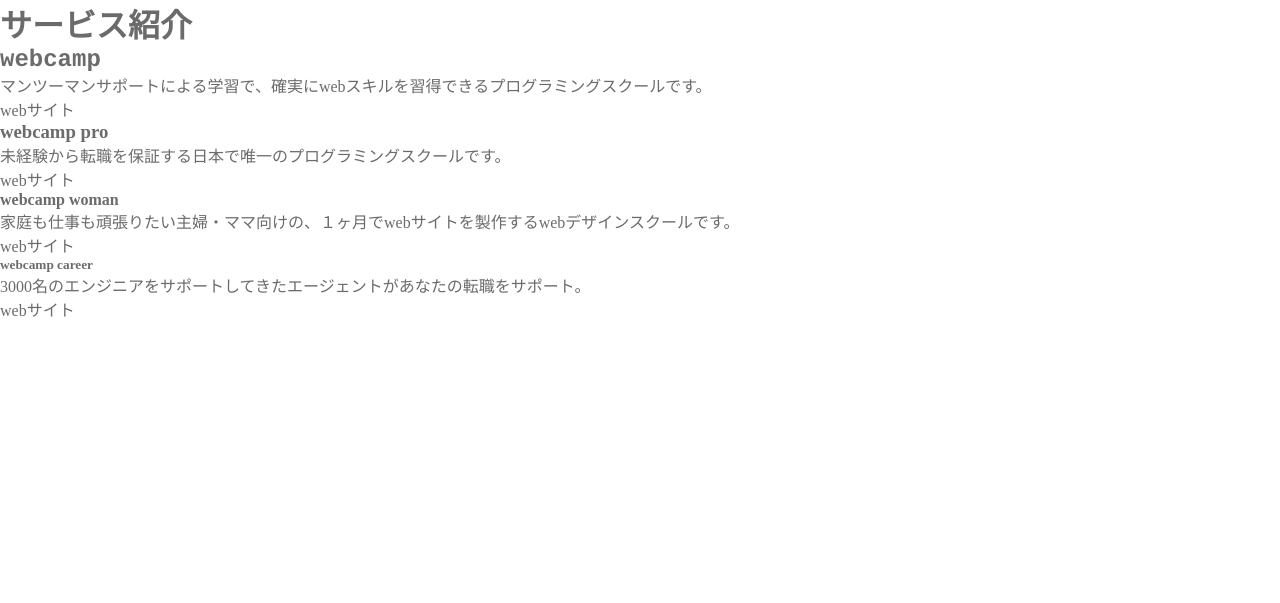
Repository: matsumurashin/flex
Page: chapter2-exercise/chapter2-exercise.html
The author's editor kept a record of every edit. The page is drawn from the files as they stood at one moment, then again after the next edit.
The browser window is 1280 px wide. The pictures show the whole page.

Above is the page before.

After the next edit:
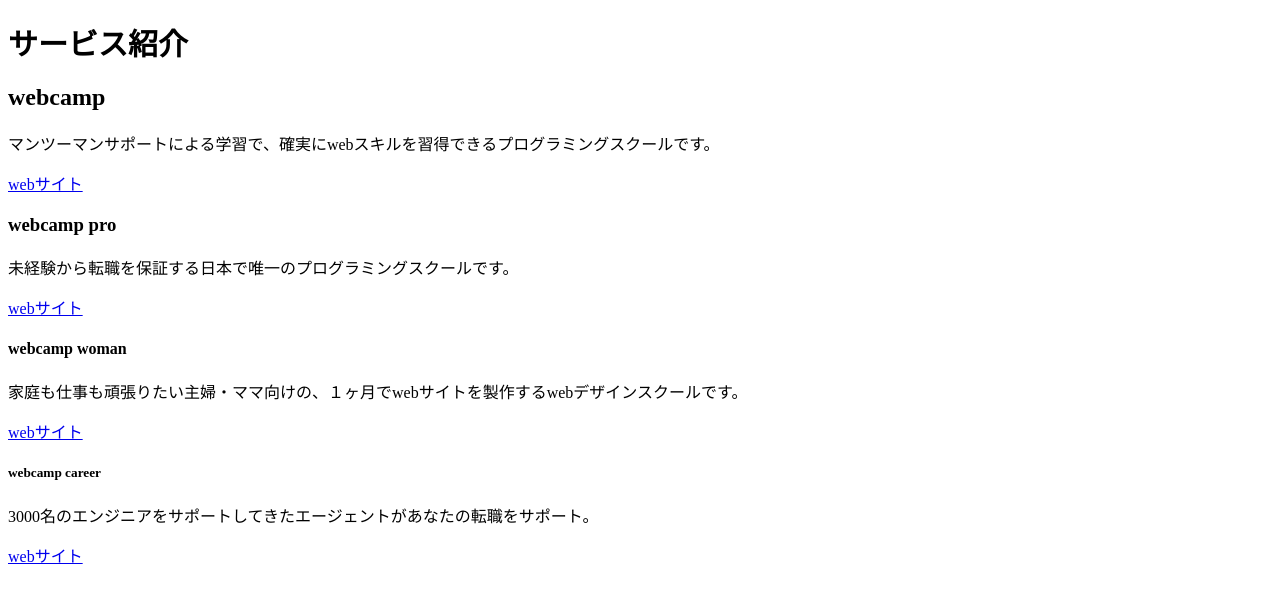
The edit:
--- a/chapter2-exercise/chapter2-exercise.html
+++ b/chapter2-exercise/chapter2-exercise.html
@@ -4,7 +4,7 @@
     <meta charset="UTF-8" />
   <title>チャプター２の演習問題</title>
   <!--chaputer2-->
-  <link rel="stylesheet"  href="style.css" />
+  <link rel="stylesheet"  href="chapter2-exercise.css" />
 </head>
 
 <body>
